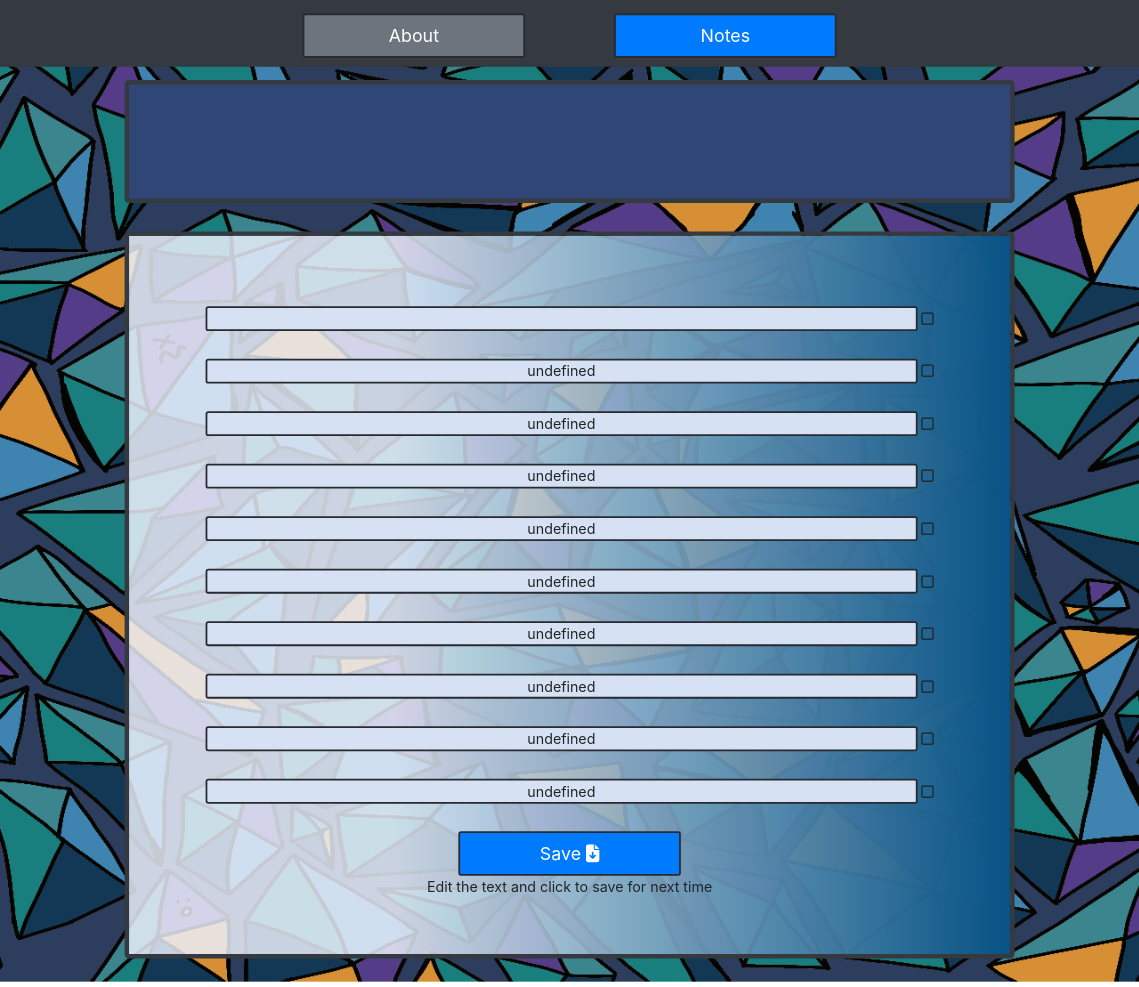
Repository: Kamicoda/Mynote
Page: index.html
The author's editor kept a record of every edit. The page is drawn from the files as they stood at one moment, then again after the next edit.
The browser window is 1280 px wide. The pictures show the whole page, at 89% of full size.
Backgrounds fixed to the window are drawn as part of the page. Some web fonts or font styles are not loaded; a fallback is used. Some web libraries are served in a nearby version.

Above is the page before.

### index.html
<!DOCTYPE html>
<html lang="en">

<head>
    <meta charset="UTF-8">
    <meta name="viewport" content="width=device-width, initial-scale=1.0">
    <meta http-equiv="X-UA-Compatible" content="ie=edge">
    <title>Document</title>


    <!--Bootstrap-->
    <link rel="stylesheet" href="https://maxcdn.bootstrapcdn.com/bootstrap/4.2.1/css/bootstrap.min.css" type="text/css" />
    <link rel="stylesheet" href="https://cdnjs.cloudflare.com/ajax/libs/hover.css/2.3.1/css/hover-min.css" type="text/css" />
    <!--Css-->
    <link rel="stylesheet" href="assets/style/style.css" type="text/css" />
    <!--Jquery-->
    <script src="https://code.jquery.com/jquery-3.4.1.min.js" integrity="sha256-CSXorXvZcTkaix6Yvo6HppcZGetbYMGWSFlBw8HfCJo=" crossorigin="anonymous"></script>

    <!--Scripts-->
    <script src="https://kit.fontawesome.com/06adabaaa3.js"></script>
    <script type="text/javascript" src="assets/js/script1.js"></script>
    <script type="text/javascript" src="assets/js/script2.js"></script>


</head>

<body class="bgbody" onload="checkEdits()">

    <!--navigation-->
    <div class="container-fluid bg-dark">
        <ul class="nav justify-content-center w-100">
            <li class="nav-item">
                <button id="aboutNav" type="button" class="btn btn-secondary btn-lg border border-light">About</button>
            </li>
            <li class="nav-item">
                <button id="notesNav" type="button" class="btn btn-primary btn-lg border border-light">Notes</button>
            </li>

        </ul>
    </div>

    <div class="jumbotron border border-dark header bg-grey mx-auto">
        <div class="row">
            <div id="headerwelcome" class="col-12">
                <h2> Have you forgotten something?</h2>
                <h4>Try typing them them down!</h4>
            </div>

            <div id="headerabout" class="col-12">
                <h2> Have you forgotten something?</h2>
                <h4>Try typing them them down!</h4>
            </div>

            <div id="headernotes" class="col-12">
                <h2> Have you forgotten something?</h2>
                <h4>Try typing them them down!</h4>
            </div>
        </div>
    </div>

    <div class="jumbotron border border-dark cont header mx-auto">
        <div class="container-flex">


            <section id="aboutSec">
                <div class="row">
                    <div class="col">
                        <h1>About</h1>
                        <p>here to help you remember!</p>
                        <div class="row">
                            <div class="col-6">
                                <p>this website should make writing things down a little easier there are a few geatures to be added at some point, these include a printable nates list, the ability to create and delete your notes, ability to add thumbnails
                                    with your links(WIP) and more!</p>
                            </div>
                            <div class="col-4">
                                <p>to use this site simply type in your thoughts and click save!</p>
                            </div>
                        </div>
                    </div>
                </div>
        </div>
        </section>

        <section id="notesSec">
            <div class="row">

                <div class="col-12">
                    <div id="editList" class="row">

                        <div class="col-12">
                            <p id="edit" contenteditable="true" class="editableP border border-light"></p>
                            <div id="checkBox" class="checkbox">
                                <i id="fasquare" class="far fa-square"></i>
                                <i id="fabox" class="far fa-check-square"></i>
                            </div>
                        </div>

                        <div class="col-12">
                            <p id="edit1" contenteditable="true" class="editableP border border-light"></p>
                            <div id="checkBox1" class="checkbox">
                                <i id="fasquare1" class="far fa-square"></i>
                                <i id="fabox1" class="far fa-check-square"></i>
                            </div>
                        </div>

                        <div class="col-12">
                            <p id="edit2" contenteditable="true" class="editableP border border-light"></p>
                            <div id="checkBox2" class="checkbox">
                                <i id="fasquare2" class="far fa-square"></i>
                                <i id="fabox2" class="far fa-check-square"></i>
                            </div>
                        </div>

                        <div class="col-12">
                            <p id="edit3" contenteditable="true" class="editableP border border-light"></p>
                            <div id="checkBox3" class="checkbox">
                                <i id="fasquare3" class="far fa-square"></i>
                                <i id="fabox3" class="far fa-check-square"></i>
                            </div>
                        </div>

                        <div class="col-12">
                            <p id="edit4" contenteditable="true" class="editableP border border-light"></p>
                            <div id="checkBox4" class="checkbox">
                                <i id="fasquare4" class="far fa-square"></i>
                                <i id="fabox4" class="far fa-check-square"></i>
                            </div>
                        </div>

                        <div class="col-12">
                            <p id="edit5" contenteditable="true" class="editableP border border-light"></p>
                            <div id="checkBox5" class="checkbox">
                                <i id="fasquare5" class="far fa-square"></i>
                                <i id="fabox5" class="far fa-check-square"></i>
                            </div>
                        </div>

                        <div class="col-12">
                            <p id="edit6" contenteditable="true" class="editableP border border-light"></p>
                            <div id="checkBox6" class="checkbox">
                                <i id="fasquare6" class="far fa-square"></i>
                                <i id="fabox6" class="far fa-check-square"></i>
                            </div>
                        </div>

                        <div class="col-12">
                            <p id="edit7" contenteditable="true" class="editableP border border-light"></p>
                            <div id="checkBox7" class="checkbox">
                                <i id="fasquare7" class="far fa-square"></i>
                                <i id="fabox7" class="far fa-check-square"></i>
                            </div>
                        </div>

                        <div class="col-12">
                            <p id="edit8" contenteditable="true" class="editableP border border-light"></p>
                            <div id="checkBox8" class="checkbox">
                                <i id="fasquare8" class="far fa-square"></i>
                                <i id="fabox8" class="far fa-check-square"></i>
                            </div>
                        </div>

                        <div class="col-12">
                            <p id="edit9" contenteditable="true" class="editableP border border-light"></p>
                            <div id="checkBox9" class="checkbox">
                                <i id="fasquare9" class="far fa-square"></i>
                                <i id="fabox9" class="far fa-check-square"></i>
                            </div>

                            <div>
                                <button type="button " onclick="save()" class="btn btn-primary btn-lg border border-light saveButton">Save
                        <i class="fas fa-file-download"></i></button>
                            </div>

                            <div id="update"> Edit the text and click to save for next time </div>
                        </div>
                    </div>
                </div>
            </div>
        </section>
    </div>

</body>
<footer>

</footer>

</html>

### assets/style/style.css
@import url('https://fonts.googleapis.com/css?family=Roboto:100,200,300,400,500,600,700|Exo:100,200,300,400,500,600,700|Six Caps:100,200,300,400,500,600,700');
/* Palette URL: http://paletton.com/#uid=a3K0o0k6J95irOtlmmkmW6wBrbb */

/* Feel free to copy&paste color codes to your application */

/* As RGBa codes */

/*
base-grey
RGB: 38–41–47

dark blu
RGB: 9–26–63

light grey
RGB: 126–135–155

blue
RGB: 48–70–118

light blue
RGB: 102–143–232

*/

/* Generated by Paletton.com © 2002-2014 */

/* http://paletton.com */

/*Colors*/

.bg-dark {
    background-color: rgba(39, 42, 48, 1);
}

.bg-grey {
    background-color: rgba(48, 70, 119, 1);
}

.bg-light {
    background-color: rgba(72, 63, 57, 0.5);

}

/*background*/
.border-dark {
    margin-top: 15px;
    border-width: 5px !important;

    border-bottom-style: solid;
    border-color: rgba(39, 42, 48, 1);
}

.border-light {
    margin-top: 15px;
    border-width: 2px !important;

    border-bottom-style: solid;
    border-color: rgba(39, 42, 48, 1) !important;
    border-radius: 3px;
}

.bgbody {
    background: url("notesBg.jpg");
    Margin: 0;
    background-position: top;
    background-repeat: no-repeat;
    background-attachment: fixed;
    min-width: 100%;
    z-index: -1;
}

.navigationbackground {
    position: fixed;
    height: 100%;
    width: 100%;
}

.nav-item {
    margin-left: 50px;
    margin-right: 50px;
    margin-bottom: 10px;
}

.btn {
    border-radius: 0;
    width: 250px;
    border-radius: 3px;
}

.header {
    text-align: center;
    width: 1000px;

    }

.editableP {
    padding: 5;
    background-color: rgba(214, 226, 243, 1);
    display: inline-block;
    width: 800px;
}

.cont {
  background: rgb(236,241,252);
background: linear-gradient(90deg, rgba(236,241,252,0.835171568627451) 30%, rgba(7,83,133,1) 100%);

}


.ul .li {
    list-style: none;
}

.checkbox {
    margin-bottom: 16px;
    text-align: left;
    display: inline-block;
}

### assets/js/script1.js
//Buttons
$(document).ready(function() {

    $('#aboutSec').toggle();
    $('#notesSec').show();
    $('#gamesSec').toggle();
    $('#linksSec').toggle();
    $('.fa-check-square').toggle();
    $('#headerwelcome').toggle();
    $('#headerabout').toggle();
    $('#headernotes').toggle();

    //$('#item').toggle();
    //$('#item1').toggle();
    //$('#item2').toggle();

    $('#aboutNav').on('click', function() {
        $('#aboutSec').toggle(1000);

    });

    $('#notesNav').on('click', function() {
        $('#notesSec').toggle(1000);

    });

    $('#gamesNav').on('click', function() {
        $('#gamesSec').toggle(1000);

    });

    $('#linksNav').on('click', function() {
        $('#menu3').toggle();
        $('#linksSec').toggle(1000);

    });

    $('#checkBox').on('click', function() {
        $('#fasquare').toggle();
        $('#fabox').toggle();
    });

    $('#checkBox1').on('click', function() {
       $('#fasquare1').toggle();
        $('#fabox1').toggle();
    });

    $('#checkBox2').on('click', function() {
       $('#fasquare2').toggle();
        $('#fabox2').toggle();
    });

    $('#checkBox3').on('click', function() {
       $('#fasquare3').toggle();
        $('#fabox3').toggle();
    });

    $('#checkBox4').on('click', function() {
        $('#fasquare4').toggle();
        $('#fabox4').toggle();
    });

    $('#checkBox5').on('click', function() {
       $('#fasquare5').toggle();
        $('#fabox5').toggle();
    });

    $('#checkBox6').on('click', function() {
        $('#fasquare6').toggle();
        $('#fabox6').toggle();
    });

    $('#checkBox7').on('click', function() {
       $('#fasquare7').toggle();
        $('#fabox7').toggle();
    });

    $('#checkBox8').on('click', function() {
       $('#fasquare8').toggle();
        $('#fabox8').toggle();
    });

    $('#checkBox9').on('click', function() {
        $('#fasquare9').toggle();
        $('#fabox9').toggle();
    });


    // $('#new').on('click', function() {
    //  count += 1;
    //  $('#item' + count).show()
    //$('#editList').append(`<p id="edit` + count + `" contenteditable="true" class="editableP"></p><button type="button " onclick="save`+ count +`()" class="saveButton">Save
    // <i class="fas fa-file-download"></i></button>`);

    // });
});

// this is adding numbers to the ID "edit"
var count = 0;

### assets/js/script2.js

function save() {
localStorage.userEdits = document.getElementById("edit").innerText;
localStorage.userEdits1 = document.getElementById("edit1").innerText;
localStorage.userEdits2 = document.getElementById("edit2").innerText;
localStorage.userEdits3 = document.getElementById("edit3").innerText;
localStorage.userEdits4 = document.getElementById("edit4").innerText;
localStorage.userEdits5 = document.getElementById("edit5").innerText;
localStorage.userEdits6 = document.getElementById("edit6").innerText;
localStorage.userEdits7 = document.getElementById("edit7").innerText;
localStorage.userEdits8 = document.getElementById("edit8").innerText;
localStorage.userEdits9 = document.getElementById("edit9").innerText;

document.getElementById("update").innerHTML="Edits saved!";
}

function checkEdits() {

if(localStorage.userEdits!=null)
document.getElementById("edit").innerHTML = localStorage.userEdits;
document.getElementById("edit1").innerHTML = localStorage.userEdits1;
document.getElementById("edit2").innerHTML = localStorage.userEdits2;
document.getElementById("edit3").innerHTML = localStorage.userEdits3;
document.getElementById("edit4").innerHTML = localStorage.userEdits4;
document.getElementById("edit5").innerHTML = localStorage.userEdits5;
document.getElementById("edit6").innerHTML = localStorage.userEdits6;
document.getElementById("edit7").innerHTML = localStorage.userEdits7;
document.getElementById("edit8").innerHTML = localStorage.userEdits8;
document.getElementById("edit9").innerHTML = localStorage.userEdits9;
}

//original code idea from https://www.developerdrive.com/allowing-users-to-edit-text-content-with-html5/
//with some tweaking


//

After the next edit:
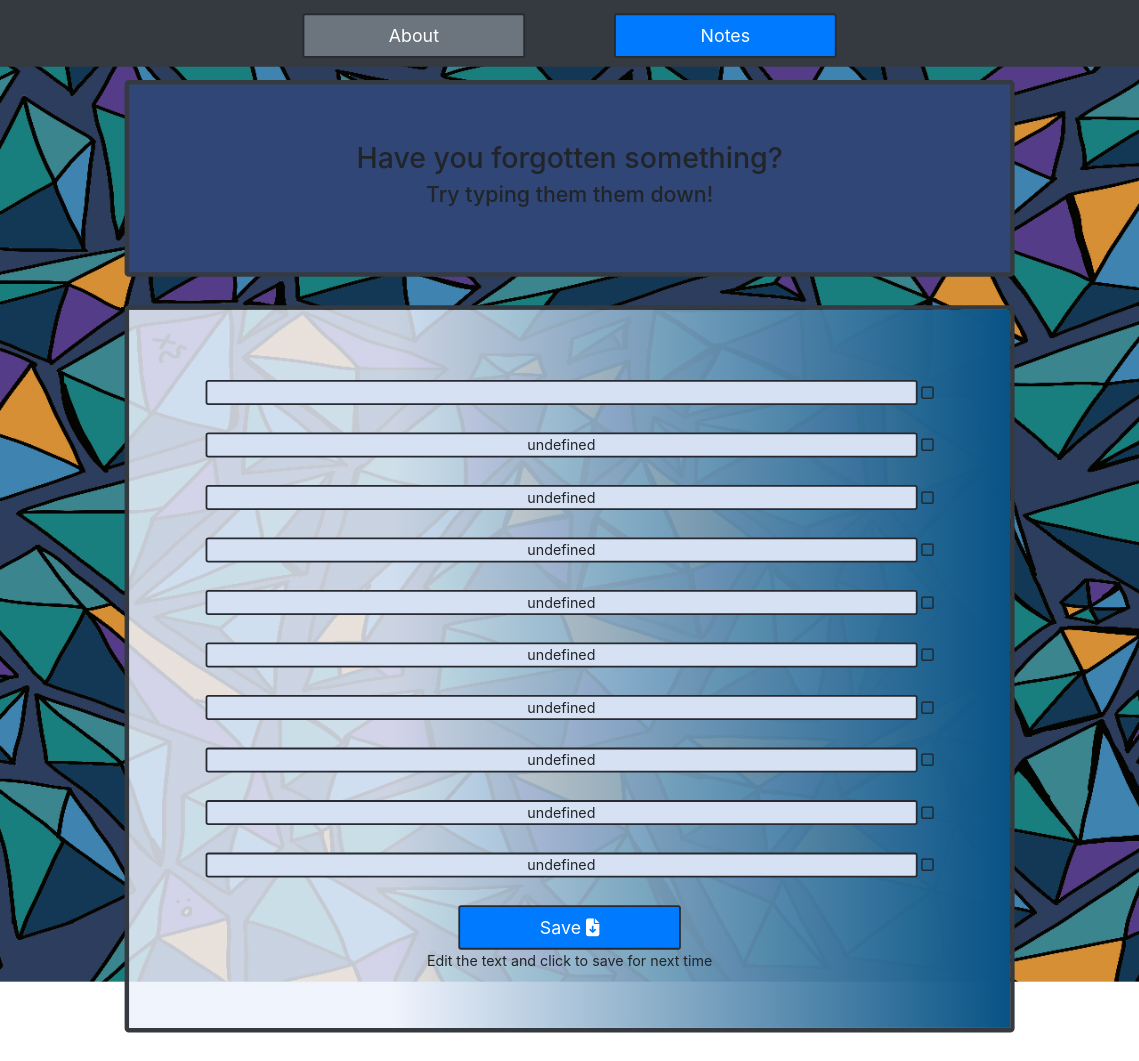
The edit:
--- a/assets/js/script1.js
+++ b/assets/js/script1.js
@@ -6,7 +6,7 @@
     $('#gamesSec').toggle();
     $('#linksSec').toggle();
     $('.fa-check-square').toggle();
-    $('#headerwelcome').toggle();
+    $('#headerwelcome').show();
     $('#headerabout').toggle();
     $('#headernotes').toggle();
 
